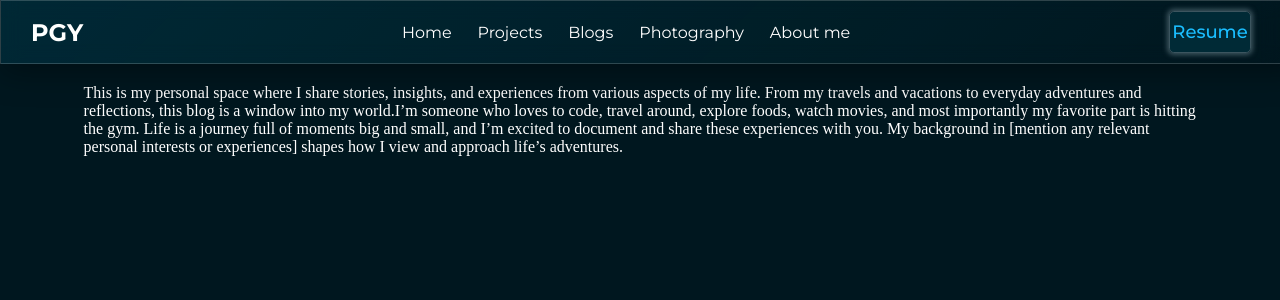
Repository: pgyunknown/pgyunknown
Page: personal_blog.html
The author's editor kept a copy of each file at every save. The page is drawn from the files as they stood at one save, then again after a run of saves.
The browser window is 1280 px wide. The pictures show the whole page.
Some web libraries are served in a nearby version.

Above is the page before, as saved 2024-08-16 17:01:37.

### personal_blog.html
<!DOCTYPE html>
<html lang="en">
<head>
    <meta charset="UTF-8">
    <meta name="viewport" content="width=device-width, initial-scale=1.0">
    <title>Personal portfolio</title>
    <link rel="stylesheet" href="personal_blog.css">
    <link rel="preconnect" href="https://fonts.googleapis.com">
<link rel="preconnect" href="https://fonts.gstatic.com" crossorigin>
<link href="https://fonts.googleapis.com/css2?family=Libre+Baskerville:ital,wght@0,400;0,700;1,400&family=Montserrat:ital,wght@0,100..900;1,100..900&family=Titillium+Web:ital,wght@0,200;0,300;0,400;0,600;0,700;0,900;1,200;1,300;1,400;1,600;1,700&display=swap" rel="stylesheet">
<link rel="stylesheet" href="https://cdnjs.cloudflare.com/ajax/libs/font-awesome/6.6.0/css/all.min.css" integrity="sha512-Kc323vGBEqzTmouAECnVceyQqyqdsSiqLQISBL29aUW4U/M7pSPA/gEUZQqv1cwx4OnYxTxve5UMg5GT6L4JJg==" crossorigin="anonymous" referrerpolicy="no-referrer" />
</head>
<body>
    <header>
        <div class="pgy_con">
                <div class="pgy"><a href="#">PGY</a></div>
        </div>
        <nav>
                <div class="nav_bar">
                <a href="#" id="home">Home</a>
                <a href="#"id="projects">Projects</a>
                <a href="blog.html"id="blogs">Blogs</a>
                <a href="#"id="photo">Photography</a>
                <a href="#"id="About">About me</a>
                </div>
            </nav>
        <div class="resume_con">
                <button>Resume</button>
        </div>
    </header>
    <main>
        <div class="personal_intro"><p>This is my personal space where I share stories, insights, and experiences from various aspects of my life. From my travels and vacations to everyday adventures and reflections, this blog is a window into my world.I’m someone who loves to code, travel around, explore foods, watch movies, and most importantly my favorite part is hitting the gym. Life is a journey full of moments big and small, and I’m excited to document and share these experiences with you. My background in [mention any relevant personal interests or experiences] shapes how I view and approach life’s adventures.</p></div>
    </main>

### personal_blog.css
*{margin: 0px;
    padding: 0px;
}
body{
    background-color: #00171F;
    color: white;
    box-sizing: border-box;


}
a{
    text-decoration: none;
    color: inherit;
}

header{
    display: flex;
    justify-content: space-between;
    align-items: center;
    padding: 10px;
    /* Glassy effect */
    background: linear-gradient(135deg, rgba(0, 200, 255, 0.1), rgba(255, 255, 255, 0));
    backdrop-filter: blur(10px);
    -webkit-backdrop-filter: blur(10px);
    border:1px solid rgba(255, 255, 255, 0.18);
    box-shadow: 0 8px 32px 0 rgba(0, 0, 0, 0.37);

    overflow: hidden;
    position: fixed; /* Set the navbar to fixed position */
    top: 0; /* Position the navbar at the top of the page */
    width: 100%;
}

.pgy_con
{
    margin-left: 20px;
    font-family: "Montserrat", sans-serif;
    font-optical-sizing: auto;
    font-size: x-large;
    font-weight: 700;
    font-style: normal;
    align-items: end;

}

.pgy_con .pgy a{
    text-decoration: none;
}
.nav_bar {
        /* height: 50px; */
    width: 500px;
    display: flex;
    justify-content: space-evenly;

    transition-property: all;
    transition-timing-function: ease-in-out;
    transition-delay: 1s;


}

.nav_bar a{
    box-sizing: border-box;
    font-family: "Montserrat", sans-serif;
    font-optical-sizing: auto;
    font-weight: 400;
    font-style: normal
    text-decoration: none;
    justify-content: space-around;
    align-items: center;
    padding-top:10px;
    padding-bottom :10px;
    /* padding-right:10px ;
    padding-left:10px ; */
}

.nav_bar a:hover{
    color: #FFC107;
    text-shadow: #FFC107 0px 0px  1px;
    border-bottom: 0.5px solid #FFC107;


}


.resume_con {
    display: flex;
    justify-content: center;
    margin-right: 20px;
    background-color: #00171F;
    margin-right: 40px;
}
.resume_con button{
    background-color:rgba(0, 200, 255, 0.1);
    box-sizing: content-box;
    height: 2.5rem;
    width: 5rem;
    font-family: "Montserrat", sans-serif;
    font-optical-sizing: auto;
    font-size: large;
    font-weight: 500;
    font-style: normal;
    color: #1ABEFF;
    border: 0.0001px solid #3c555f;
    border-radius: 0.3rem;
    box-shadow: 0px 0px 5px 2px #3c555f;

}
    main{ display: flex;
    justify-content:space-around;
    align-items: center;
    padding: 4.6rem;
    margin: 10px;

}

After the next 2 saves:
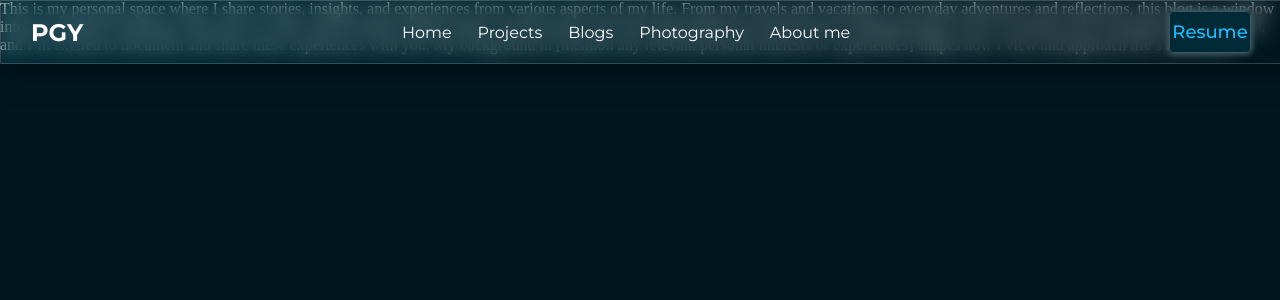
The 2 saves are shown as one change because they came seconds apart.
The last was saved 98 s later.
--- a/personal_blog.css
+++ b/personal_blog.css
@@ -109,7 +109,4 @@ header{
     main{ display: flex;
     justify-content:space-around;
     align-items: center;
-    padding: 4.6rem;
-    margin: 10px;
-
 }
